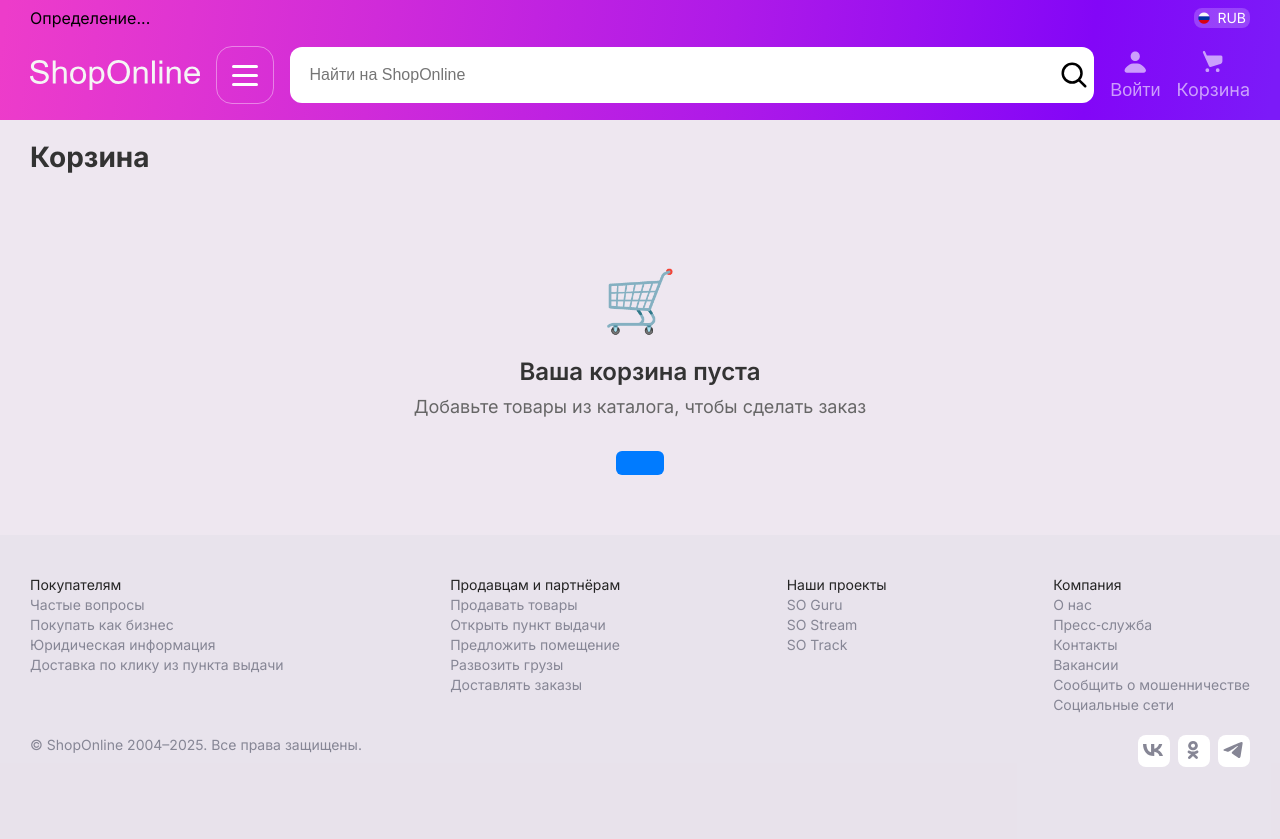
Repository: RostislavZeberg/ShopOnline
Page: /cart
These files come from the project's save history. The page is drawn as it stood at one moment and after the next save; the edit follows.
The browser window is 1280 px wide. The pictures show the whole page.
The page's requests for data from a server got no answer. The project was rebuilt for these pictures with package versions that can differ from the ones it lists, and the page was loaded fresh each time. The framework's server and built-in components were replaced by stand-ins that run in the browser. No one was signed in, and anything a server would have sent is missing. Also part of the build but not shown: next.config.ts.

Above is the page before, as saved 2025-08-21 19:01:25.

### src/app/layout.tsx
import { Inter } from 'next/font/google'
import { ReduxProvider } from './ReduxProvider';
import type { Metadata } from 'next'

import { Header } from '@/components/Header/Header';
import { Footer } from '@/components/Footer/Footer';
import '@/styles/globals.scss';

const inter = Inter({ subsets: ['latin'] })

export const metadata: Metadata = {
  title: "Shop Online",
  description: "There is a huge selection of products in our Shop Online",
};

export default function RootLayout({
  children,
}: {
  children: React.ReactNode
}) {
  return (
    <html lang="en">
      <body>
        <ReduxProvider> {/* Redux доступен везде */}
          <Header /> {/* Может использовать useSelector/useDispatch */}
          <>{children}</>
          <Footer /> {/* Может использовать useSelector/useDispatch */}
        </ReduxProvider>
      </body>
    </html>
  )
}

### src/app/cart/page.tsx
import Cart from '@/components/Cart/Cart'
import { Metadata } from 'next'

export const metadata: Metadata = {
  title: 'Shopping Cart | Shop Online',
  robots: 'noindex', // Чтобы поисковики не индексировали корзины
}

export default function CartPage() {
  return (
    <Cart />
  )
}

### src/app/ReduxProvider.tsx
"use client"; // Обязательно в Next.js, если используются хуки

import { Provider } from "react-redux";
import { store } from "@/store/store"; // Ваш Redux-store

export function ReduxProvider({ children }: { children: React.ReactNode }) {
  return <Provider store={store}>{children}</Provider>;
}

### src/components/Header/Header.tsx
import React from 'react';
import Link from 'next/link';

import { YourCity } from './YourCity';
import { CurrencySelection } from './CurrencySelection';
import { BtnBurger } from './BtnBurger';
import { SearchProduct } from './SearchProduct';
import { HeaderNav } from './HeaderNav';
import styles from './header.module.scss'
import { SearchProductDetailed } from '@/modal/SearchProductDetailed/SearchProductDetailed';

export const Header: React.FC = () => {



  return (
    <header className={styles.header}>
      <div className="container">
        <div className={styles.top}>
          <YourCity />
          <CurrencySelection />
        </div>
        <div className={styles.bottom}>
          <Link href={'/'} className="header__logo">
            <img src="/logo.svg" alt="Логотип" className="logo" />
          </Link>
          <BtnBurger />
          <SearchProduct />
          <HeaderNav />
        </div>
        <SearchProductDetailed />
      </div>
    </header>
  );
};

### src/store/store.ts
import { configureStore, combineSlices } from '@reduxjs/toolkit';
import burgerSlice from './slices/burgerSlice';
import logInSlice from './slices/logInSlice';
import productsSlice from './slices/productsSlice';
import filterSlice from './slices/filterSlice';
import categoriesSlice from './slices/categoriesSlice';
import authFormSlice from './slices/authFormSlice';
import backgroundSlice from './slices/backgroundSlice';
import favoriteSlice from './slices/favoriteSlice';
import cartSlice from './slices/cartSlice';

const rootReducer = combineSlices({
  burgerSlice,
  logInSlice,
  productsSlice,
  filterSlice,
  categoriesSlice,
  authFormSlice,
  backgroundSlice,
  favoriteSlice,
  cartSlice,
});

export const store = configureStore({
  reducer: rootReducer,
});

export type RootState = ReturnType<typeof store.getState>;
export type AppDispatch = typeof store.dispatch;

### src/components/Header/YourCity.tsx
"use client"
import { useCityDetection } from "@/hooks/useCityDetection";
import { useState } from 'react';
import styles from './header.module.scss'

export const YourCity = () => {
  const { city, error, isLoading } = useCityDetection();
  const [coordinates, setCoordinates] = useState<[number, number] | null>(null);

  const handleCityClick = () => {
    if (!city || city === 'Определение...') return;

    // Если есть координаты - используем их
    if (coordinates) {
      window.open(`https://yandex.ru/maps/?pt=${coordinates[1]},${coordinates[0]}&z=12&l=map`, '_blank');
    } else {
      // Иначе ищем по названию города
      window.open(`https://yandex.ru/maps/?text=${encodeURIComponent(city)}`, '_blank');
    }
  };

  return (
    <>
      {isLoading ? (
        <span>Определение...</span>
      ) : error ? (
        <span title={error} onClick={handleCityClick} className={styles.clickableCity}>
          {city}
        </span>
      ) : (
        <span className={`${styles.city} ${styles.clickableCity}`} onClick={handleCityClick}>
          {city}
        </span>
      )}
    </>
  );
}

### src/components/Header/BtnBurger.tsx
"use client"
import { useDispatch, useSelector } from 'react-redux';

import { toggleBurger } from '../../store/slices/burgerSlice';
import type { RootState } from '../../store/store';

export const BtnBurger = () => {
  const dispatch = useDispatch();
  const isOpenSearchDetailed = useSelector((state: RootState) => state.burgerSlice.isOpenSearchDetailed);

  return (
    <button
      className={`header__burger burger btn-reset ${isOpenSearchDetailed ? 'burger--close' : ''}`}
      onClick={() => dispatch(toggleBurger())}
    >
      <span className={`burger__line ${isOpenSearchDetailed ? 'burger__line--close' : ''}`}></span>
    </button>
  );
};

### src/components/Header/HeaderNav.tsx
"use client"
import { useSelector } from 'react-redux';
import Link from 'next/link';

import type { RootState } from '../../store/store';
import { toggleBackground } from '../../store/slices/backgroundSlice';
import { useAppDispatch } from '@/store/hooks';
import { toggleAuthForm } from '@/store/slices/authFormSlice';
import styles from './header.module.scss';

export const HeaderNav = () => {
  const dispatch = useAppDispatch();
  const isEnterLogIn = useSelector((state: RootState) => state.logInSlice.isEnterLogIn);

  const toggleRegister = () => {
    dispatch(toggleAuthForm())
    dispatch(toggleBackground());
  }

  return (
    <nav className={styles.nav}>
      {isEnterLogIn &&
        <>
          <Link href="/favorites" className={styles.link}>
            <span className={`${styles.link__icon} ${styles['link__icon--favorites']}`}></span>
            Избранные
          </Link>
          <Link href="/" className={styles.link}>
            <span className={`${styles.link__icon} ${styles['link__icon--orders']}`}></span>
            Заказы
          </Link>
        </>
      }
      {!isEnterLogIn ?
        <button onClick={toggleRegister} className={`${styles.link} btn-reset`}>
          <span className={`${styles.link__icon} ${styles['link__icon--log-in']}`}></span>
          Войти
        </button>
        :
        <Link href="/" className={styles.link}>
          <span className={`${styles.link__icon} ${styles['link__icon--log-in']}`}></span>
          Профиль
        </Link>
      }
      <Link href="/cart" className={styles.link}>
        <span className={`${styles.link__icon} ${styles['link__icon--basket']}`}></span>
        Корзина
      </Link>
    </nav>
  )
}

### src/store/hooks.ts
import { useDispatch, useSelector } from 'react-redux';
import type { TypedUseSelectorHook } from 'react-redux';
import type { AppDispatch, RootState } from './store';



export const useAppDispatch = () => useDispatch<AppDispatch>();
export const useAppSelector: TypedUseSelectorHook<RootState> = useSelector;

### src/store/slices/cartSlice.ts
import { createSlice } from '@reduxjs/toolkit';
import type { PayloadAction } from '@reduxjs/toolkit';

interface CartState {
  cartItems: {
    [productId: number]: number;
  };
}

const initialState: CartState = {
  cartItems: {},
};

export const cartSlice = createSlice({
  name: 'cart',
  initialState,
  reducers: {
    addToCart: (state, action: PayloadAction<number>) => {
      const productId = action.payload;
      if (state.cartItems[productId]) {
        state.cartItems[productId] += 1;
      } else {
        state.cartItems[productId] = 1;
      }
    },
    removeFromCart: (state, action: PayloadAction<number>) => {
      const productId = action.payload;
      if (state.cartItems[productId] && state.cartItems[productId] > 1) {
        state.cartItems[productId] -= 1;
      } else {
        delete state.cartItems[productId];
      }
    },
    removeAllOfItem: (state, action: PayloadAction<number>) => {
      const productId = action.payload;
      delete state.cartItems[productId];
    },
    clearCart: (state) => {
      state.cartItems = {};
    },
    initializeCart: (state, action: PayloadAction<CartState['cartItems']>) => {
      state.cartItems = action.payload;
    },
  },
});

export const { addToCart, removeFromCart, removeAllOfItem, clearCart, initializeCart } = cartSlice.actions;
export default cartSlice.reducer;

### src/components/Cart/cart.module.scss
.cart {
  padding-top: 140px;
}

.title {
  font-size: 28px;
  font-weight: 700;
  margin-bottom: 30px;
  color: #333;
}

.loading {
  text-align: center;
  padding: 40px;
  font-size: 18px;
}

.empty {
  text-align: center;
  padding: 60px 20px;
}

.emptyIcon {
  font-size: 60px;
  margin-bottom: 20px;
}

.emptyTitle {
  font-size: 24px;
  font-weight: 600;
  margin-bottom: 10px;
  color: #333;
}

.emptyText {
  color: #666;
  margin-bottom: 30px;
}

.catalogLink {
  display: inline-block;
  background-color: #007bff;
  color: white;
  padding: 12px 24px;
  border-radius: 6px;
  text-decoration: none;
  font-weight: 500;
  transition: background-color 0.2s;

  &:hover {
    background-color: #0056b3;
  }
}

.content {
  display: grid;
  grid-template-columns: 1fr;
  gap: 30px;

  @media (min-width: 992px) {
    grid-template-columns: 2fr 1fr;
  }
}

.items {
  background: white;
  border-radius: 8px;
  box-shadow: 0 2px 10px rgba(0, 0, 0, 0.1);
  overflow: hidden;
}

.item {
  display: grid;
  grid-template-columns: 120px 1fr auto;
  gap: 20px;
  padding: 20px;
  border-bottom: 1px solid #eee;

  &:last-child {
    border-bottom: none;
  }
}

.itemImage {
  position: relative;
}

.image {
  border-radius: 6px;
  object-fit: cover;
}

.itemInfo {
  display: flex;
  flex-direction: column;
  justify-content: center;
}

.itemTitle {
  font-size: 18px;
  font-weight: 600;
  color: #333;
  text-decoration: none;
  margin-bottom: 8px;

  &:hover {
    text-decoration: underline;
  }
}

.itemCategory {
  color: #666;
  margin-bottom: 8px;
  font-size: 14px;
}

.itemColors {
  display: flex;
  align-items: center;
  gap: 8px;
}

.colorMarker {
  display: inline-block;
  width: 16px;
  height: 16px;
  border-radius: 50%;
  border: 1px solid #ddd;
}

.itemControls {
  display: flex;
  flex-direction: column;
  align-items: flex-end;
  justify-content: space-between;
  gap: 15px;
}

.quantity {
  display: flex;
  align-items: center;
  border: 1px solid #ddd;
  border-radius: 4px;
  overflow: hidden;
}

.quantityButton {
  background: #f8f9fa;
  border: none;
  width: 32px;
  height: 32px;
  display: flex;
  align-items: center;
  justify-content: center;
  cursor: pointer;
  font-size: 16px;

  &:hover:not(:disabled) {
    background: #e9ecef;
  }

  &:disabled {
    opacity: 0.5;
    cursor: not-allowed;
  }
}

.quantityValue {
  padding: 0 12px;
  min-width: 40px;
  text-align: center;
  font-weight: 500;
}

.price {
  font-size: 18px;
  font-weight: 600;
  color: #333;
}

.removeButton {
  background: none;
  border: none;
  color: #dc3545;
  font-size: 24px;
  cursor: pointer;
  padding: 0;
  width: 30px;
  height: 30px;
  display: flex;
  align-items: center;
  justify-content: center;

  &:hover {
    color: #bd2130;
  }
}

.summary {
  background: white;
  border-radius: 8px;
  box-shadow: 0 2px 10px rgba(0, 0, 0, 0.1);
  padding: 24px;
  height: fit-content;
}

.summaryTitle {
  font-size: 20px;
  font-weight: 600;
  margin-bottom: 20px;
  color: #333;
}

.summaryItems {
  margin-bottom: 20px;
}

.summaryItem {
  display: flex;
  justify-content: space-between;
  margin-bottom: 10px;
  font-size: 14px;
  color: #666;
}

.total {
  display: flex;
  justify-content: space-between;
  font-size: 18px;
  font-weight: 600;
  padding-top: 15px;
  border-top: 1px solid #eee;
  margin-bottom: 20px;
  color: #333;
}

.checkoutButton {
  width: 100%;
  background-color: #28a745;
  color: white;
  border: none;
  padding: 12px;
  border-radius: 6px;
  font-size: 16px;
  font-weight: 500;
  cursor: pointer;
  margin-bottom: 15px;
  transition: background-color 0.2s;

  &:hover {
    background-color: #218838;
  }
}

.continueShopping {
  display: block;
  text-align: center;
  color: #007bff;
  text-decoration: none;
  font-size: 14px;

  &:hover {
    text-decoration: underline;
  }
}

### src/store/slices/burgerSlice.ts
import { createSlice } from '@reduxjs/toolkit';
import type { PayloadAction } from '@reduxjs/toolkit';

interface BurgerState {
  isOpenSearchDetailed: boolean;
}

const initialState: BurgerState = {
  isOpenSearchDetailed: false,
};

export const burgerSlice = createSlice({
  name: 'burger',
  initialState,
  reducers: {
    toggleBurger: (state) => {
      state.isOpenSearchDetailed = !state.isOpenSearchDetailed;
    },
    setBurgerState: (state, action: PayloadAction<boolean>) => {
      state.isOpenSearchDetailed = action.payload;
    },
  },
});

export const { toggleBurger, setBurgerState } = burgerSlice.actions;
export default burgerSlice.reducer;

### src/store/slices/logInSlice.ts
import { createSlice } from '@reduxjs/toolkit';
import type { PayloadAction } from '@reduxjs/toolkit';

interface LogInState {
  isEnterLogIn: boolean;
}

const initialState: LogInState = {
  isEnterLogIn: false,
};

export const logInSlice = createSlice({
  name: 'log-in',
  initialState,
  reducers: {
    toggleEnterLogIn: (state) => {
      state.isEnterLogIn = !state.isEnterLogIn;
    },
    setEnterLogInState: (state, action: PayloadAction<boolean>) => {
      state.isEnterLogIn = action.payload;
    },
  },
});

export const { toggleEnterLogIn, setEnterLogInState } = logInSlice.actions;
export default logInSlice.reducer;

### src/store/slices/categoriesSlice.ts
import { createSlice, createAsyncThunk } from '@reduxjs/toolkit';
import type { PayloadAction } from '@reduxjs/toolkit';

import { getCategories } from '@/services/api';
import { ICategoriesState, ICategory } from '@/types/productsTypes';

// Создаем асинхронный thunk
export const loadCategories = createAsyncThunk(
  'categories/loadCategories',
  async () => {
    const response = await getCategories();
    return response;
  }
);

const initialState: ICategoriesState = {
  items: [],
  loading: false,
  error: null,
};

const categoriesSlice = createSlice({
  name: 'categories',
  initialState,
  reducers: {},
  extraReducers: (builder) => {
    builder
      .addCase(loadCategories.pending, (state) => {
        state.loading = true;
        state.error = null;
      })
      .addCase(
        loadCategories.fulfilled,
        (state, action: PayloadAction<ICategory[]>) => {
          state.items = action.payload;
          state.loading = false;
        }
      )
      .addCase(loadCategories.rejected, (state, action) => {
        state.loading = false;
        state.error = action.error.message || 'Failed to load categories';
      });
  },
});

export default categoriesSlice.reducer;

### src/store/slices/authFormSlice.ts
import { createSlice } from '@reduxjs/toolkit';
import type { PayloadAction } from '@reduxjs/toolkit';

interface AuthFormState {
  isAuthForm: boolean;
}

const initialState: AuthFormState = {
  isAuthForm: false,
};

export const authFormSlice = createSlice({
  name: 'auth-form',
  initialState,
  reducers: {
    toggleAuthForm: (state) => {
      state.isAuthForm = !state.isAuthForm;
    },
    setAuthFormState: (state, action: PayloadAction<boolean>) => {
      state.isAuthForm = action.payload;
    },
  },
});

export const { toggleAuthForm, setAuthFormState } = authFormSlice.actions;
export default authFormSlice.reducer;

### src/store/slices/backgroundSlice.ts
import { createSlice } from '@reduxjs/toolkit';
import type { PayloadAction } from '@reduxjs/toolkit';

interface BackgroundState {
  isBackground: boolean;
}

const initialState: BackgroundState = {
  isBackground: false,
};

export const backgroundSlice = createSlice({
  name: 'background',
  initialState,
  reducers: {
    toggleBackground: (state) => {
      state.isBackground = !state.isBackground;
    },
    setBackgroundState: (state, action: PayloadAction<boolean>) => {
      state.isBackground = action.payload;
    },
  },
});

export const { toggleBackground, setBackgroundState } = backgroundSlice.actions;
export default backgroundSlice.reducer;

### src/store/slices/favoriteSlice.ts
"use client"
import { createSlice } from '@reduxjs/toolkit';
import type { PayloadAction } from '@reduxjs/toolkit';

interface FavoriteState {
  favoriteIds: number[];
}

const initialState: FavoriteState = {
  favoriteIds: [],
};

export const favoriteSlice = createSlice({
  name: 'favorite',
  initialState,
  reducers: {
    toggleFavorite: (state, action: PayloadAction<number>) => {
      const productId = action.payload;
      const index = state.favoriteIds.indexOf(productId);

      if (index === -1) {
        state.favoriteIds.push(productId);
      } else {
        state.favoriteIds.splice(index, 1);
      }

      // Сохраняем только на клиенте
      if (typeof window !== 'undefined') {
        try {
          localStorage.setItem('favorites', JSON.stringify(state.favoriteIds));
        } catch (error) {
          console.error('Error saving favorites:', error);
        }
      }
    },
    initializeFavorites: (state, action: PayloadAction<number[]>) => {
      state.favoriteIds = action.payload;
    },
  },
});

export const { toggleFavorite, initializeFavorites } = favoriteSlice.actions;
export default favoriteSlice.reducer;

### src/hooks/useCurrencySelect .ts
import { useState } from 'react';

type Currency = {
  code: string;
  name: string;
  symbol: string;
};

const currencies: Currency[] = [
  { code: 'RUB', name: 'Российский рубль', symbol: '₽' },
  { code: 'BYN', name: 'Белорусский рубль', symbol: 'Br' },
  { code: 'KZT', name: 'Казахстанский тенге', symbol: '₸' },
  { code: 'AMD', name: 'Армянский драм', symbol: '֏' },
  { code: 'KGS', name: 'Кыргызский сом', symbol: 'с' },
  { code: 'UZS', name: 'Узбекский сум', symbol: 'soʻm' },
  { code: 'TJS', name: 'Таджикский сомони', symbol: 'SM' },
];

export const useCurrencySelect = (defaultCurrency: string = 'RUB') => {
  const [selectedCurrency, setSelectedCurrency] = useState<Currency>(
    () => currencies.find(c => c.code === defaultCurrency) || currencies[0]
  );
  const [isOpenCurrency, setIsOpenCurrency] = useState(false);

  const handleSelect = (currency: Currency) => {
    setSelectedCurrency(currency);
    setIsOpenCurrency(false);
  };

  return {
    selectedCurrency,
    isOpenCurrency,
    setIsOpenCurrency,
    handleSelect,
    currencies,
  };
};

### src/hooks/useDebounce.ts
import { useState, useEffect } from 'react'

export function useDebounce<T>(value: T, delay: number): T {
  const [debouncedValue, setDebouncedValue] = useState(value)

  useEffect(() => {
    const timer = setTimeout(() => {
      setDebouncedValue(value)
    }, delay)

    return () => {
      clearTimeout(timer)
    }
  }, [value, delay])

  return debouncedValue
}

### src/styles/_mixins.scss
@mixin absoluteCenter {
  position: absolute;
  margin-top: auto;
  margin-right: auto;
  margin-bottom: auto;
  margin-left: auto;
  top: 0;
  right: 0;
  bottom: 0;
  left: 0;
}

@mixin absoluteCenterHorizontal {
  position: absolute;
  margin-right: auto;
  margin-left: auto;
  right: 0;
  left: 0;
}

@mixin absoluteCenterVertical {
  position: absolute;
  margin-top: auto;
  margin-bottom: auto;
  top: 0;
  bottom: 0;
}

@mixin fixedCenter {
  position: fixed;
  margin-top: auto;
  margin-right: auto;
  margin-bottom: auto;
  margin-left: auto;
  top: 50%;
  right: 0;
  bottom: 50%;
  left: 0;
}

### src/modal/SearchProductDetailed/SearchProductDetailed.module.scss
  @use '../../styles/mixins';

  .search-detailed {
    @include mixins.absoluteCenterHorizontal;
    display: flex;
    flex-direction: column;
    padding: 16px;
    width: fit-content;
    height: fit-content;
    overflow: hidden;
    border-radius: 5px;
    background-color: #5c4fc2;
    transform-origin: center;

    &__price {
      display: flex;
      flex-direction: column;
    }

    &__title {
      margin-bottom: 10px;
      text-align: center;
      font-size: 20px;
      color: #fff;
    }

    &__label {
      margin-bottom: 7px;
    }

    &__title--label {
      display: block;
      margin-right: 7px;
      margin-bottom: 7px;
      font-size: 18px;
      color: #fff;
    }

    &__input,
    &__input--price {
      outline: none;
      border: none;
      border-radius: 5px;
    }

    &__input {
      width: 100%;
      padding: 5px;
    }

    &__input--price {
      display: flex;
      padding: 5px;
      margin-bottom: 10px;
    }

    &__input:hover,
    &__input--price:hover {
      background-color: #e4e3ff;
    }

    .btn-closed--search-detailed {
      position: absolute;
      top: 0px;
      right: 0px;
    }

    &__btn {
      display: flex;
      gap: 20px;
    }

    .selected {
      border: 2px solid #000;
      transform: scale(1.1);
    }
  }

### src/utils/filterProducts.ts
import { FilterState } from "@/types/filterTypes";
import { IProductTotal } from "@/types/productsTypes";

export const filterProducts = (
  products: IProductTotal[],
  filters: FilterState
): IProductTotal[] => {

  if (!filters || Object.keys(filters).length === 0) return products;

  return products.filter(product => {
    // Фильтрация по названию
    const titleMatch = !filters.title ||
      product.title.toLowerCase().includes(filters.title.toLowerCase());

    // Фильтрация по цене
    const minPrice = filters.price?.min || 0;
    const maxPrice = filters.price?.max || Infinity;
    const priceMatch = product.price >= minPrice && product.price <= maxPrice;

    // Фильтрация по цвету
    const colorMatch = !filters.colors?.length ||
      product.colors?.some(color =>
        filters.colors.some(filterColor =>
          color.title.toLowerCase().includes(filterColor.toLowerCase())
        )
      );

    // Фильтрация по категории
    console.log("filters.categories:", filters.categories)
    console.log("product.category.title:", product.category.title)
    const categoryMatch = !filters.categories?.length ||
      filters.categories.some(filterCategory =>
        product.category.title.toLowerCase().includes(filterCategory.toLowerCase())
      );

    return titleMatch && priceMatch && colorMatch && categoryMatch;
  });
};

Loaded but not shown: src/modal/SearchProductDetailed/SearchProductDetailed.tsx (259 lines, source omitted); src/components/Header/header.module.scss (313 lines, source omitted); src/components/Cart/Cart.tsx (194 lines, source omitted); src/components/Footer/Footer.tsx (127 lines, source omitted); src/styles/globals.scss (311 lines, source omitted); src/services/api.ts (114 lines, source omitted); src/components/Header/SearchProduct.tsx (90 lines, source omitted); src/hooks/useCityDetection.ts (57 lines, source omitted); src/store/slices/productsSlice.ts (63 lines, source omitted); src/components/Footer/footer.module.scss (98 lines, source omitted); src/components/Header/CurrencySelection.tsx (50 lines, source omitted); src/store/slices/filterSlice.ts (69 lines, source omitted)

After the next save:
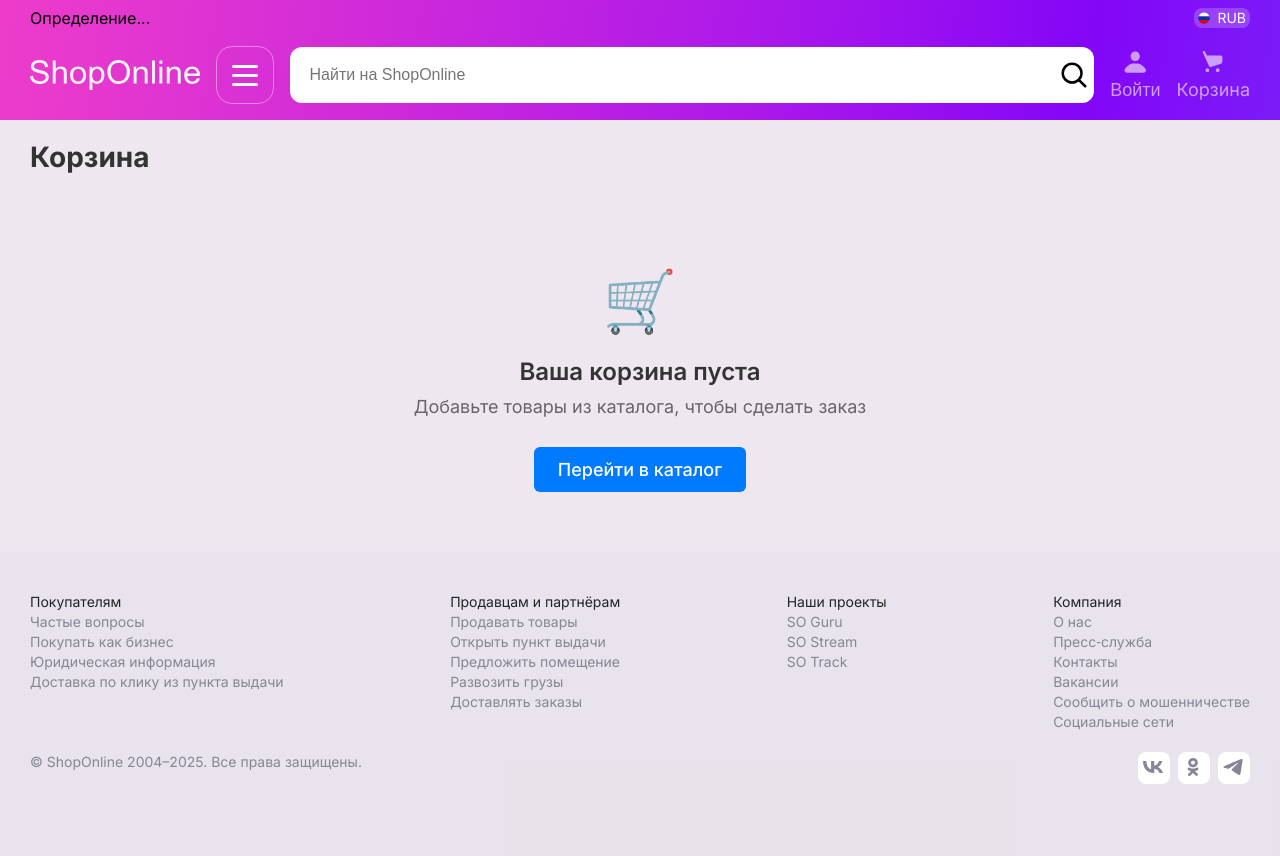
Saved 2 min 36 s later.
--- a/src/components/Cart/cart.module.scss
+++ b/src/components/Cart/cart.module.scss
@@ -43,7 +43,7 @@
   color: white;
   padding: 12px 24px;
   border-radius: 6px;
-  text-decoration: none;
+  font-size: 18px;
   font-weight: 500;
   transition: background-color 0.2s;
 
